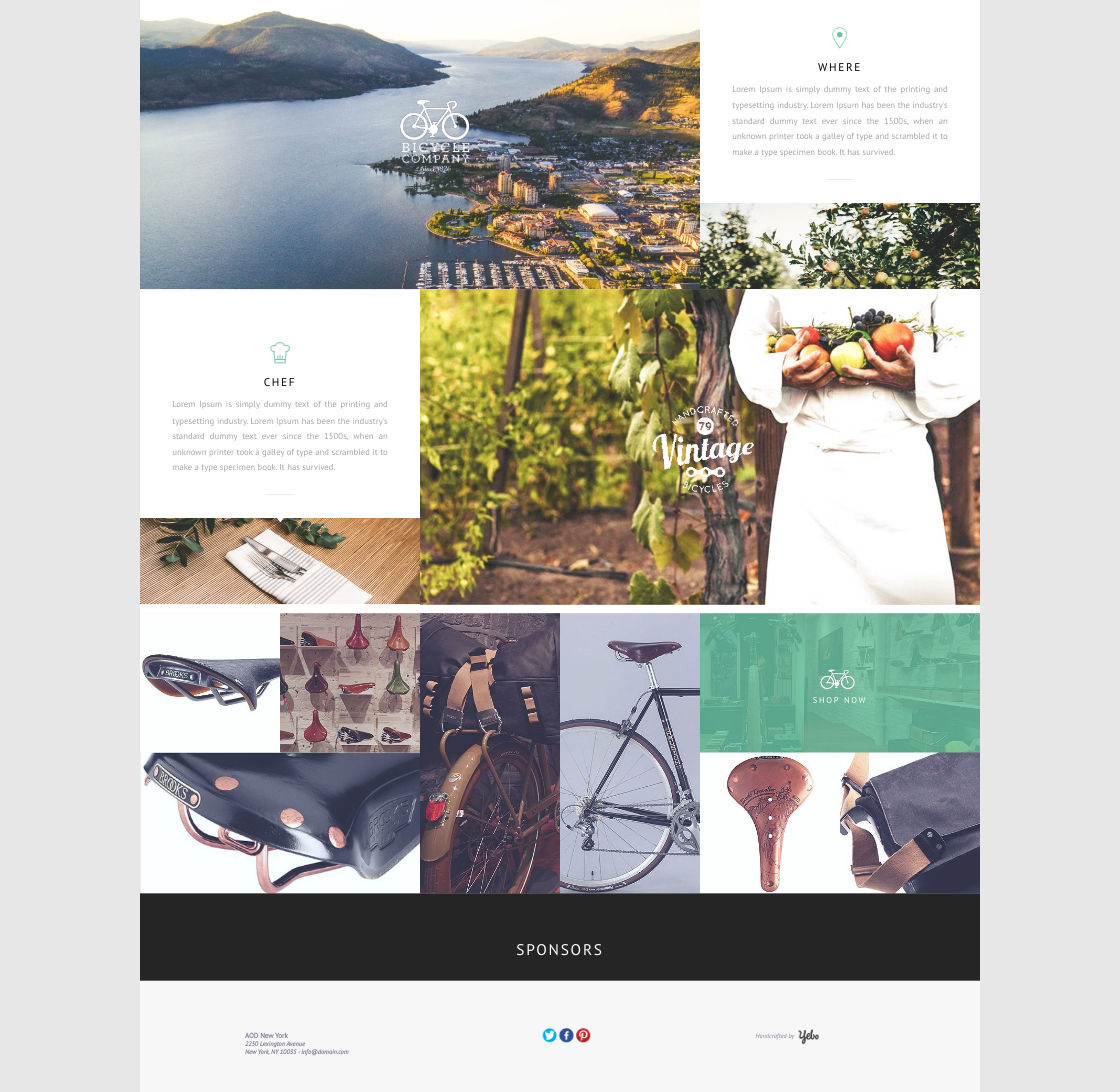
Repository: vancodes/longtable
Page: index.html
An editor plug-in stored every save of this project. The page is shown before and after the next save, followed by the edit.
The browser window is 1280 px wide. The page is 1600 px wide, so the pictures cover 1600 px, including what lies to the right of the window. The pictures show the part of the page from y = 1210 to 2770 px (the page is 2770 px tall before and 2356 px after), at 70% of full size.

Above is the page before, as saved 2019-04-08 15:37:48.

After the next save:
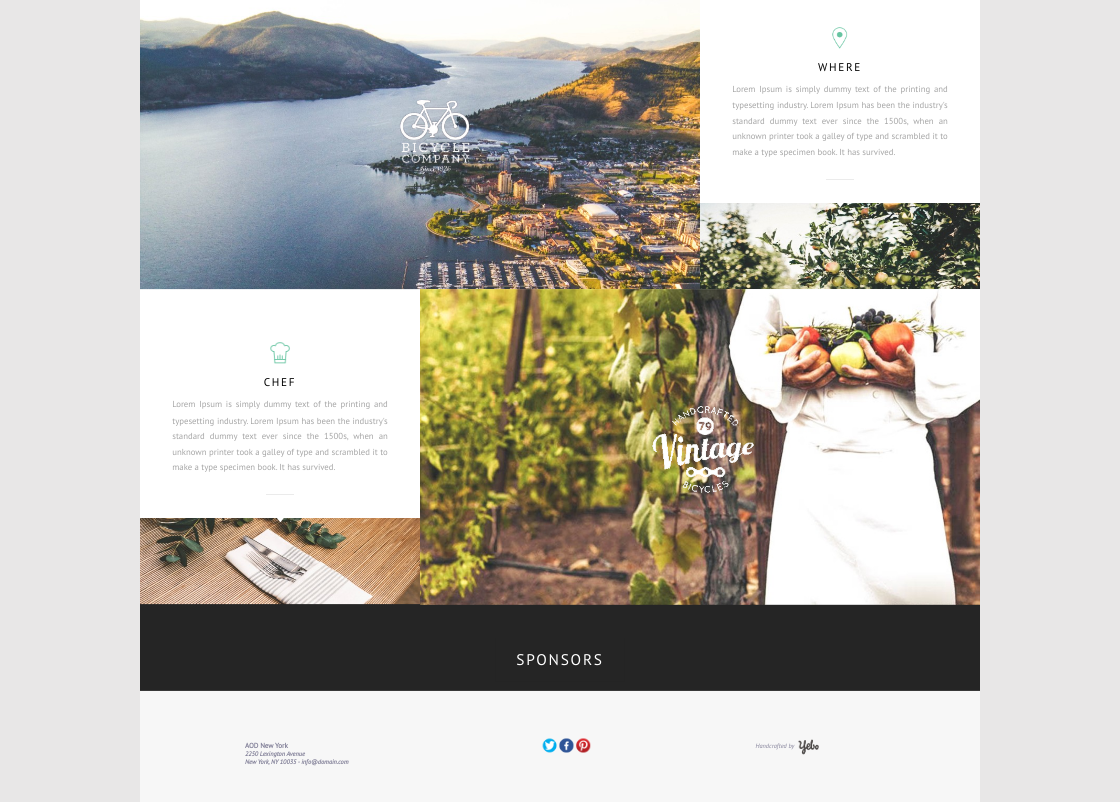
Saved 103 s later.
--- a/index.html
+++ b/index.html
@@ -140,6 +140,7 @@
           <span class="dot"></span>
         </div>-->
         <!--Photo Collage-->
+        <!--
         <div class="bottom-container">
           <div class="bottom-left">
             <div id="image-one">
@@ -174,7 +175,7 @@
               <img src="assets\bottom-image-6.jpg" alt="">
             </div>
           </div>
-        </div>
+        </div> -->
         <div class="discover-container">
           <div class="discover-text">
             <button>Sponsors</button>
